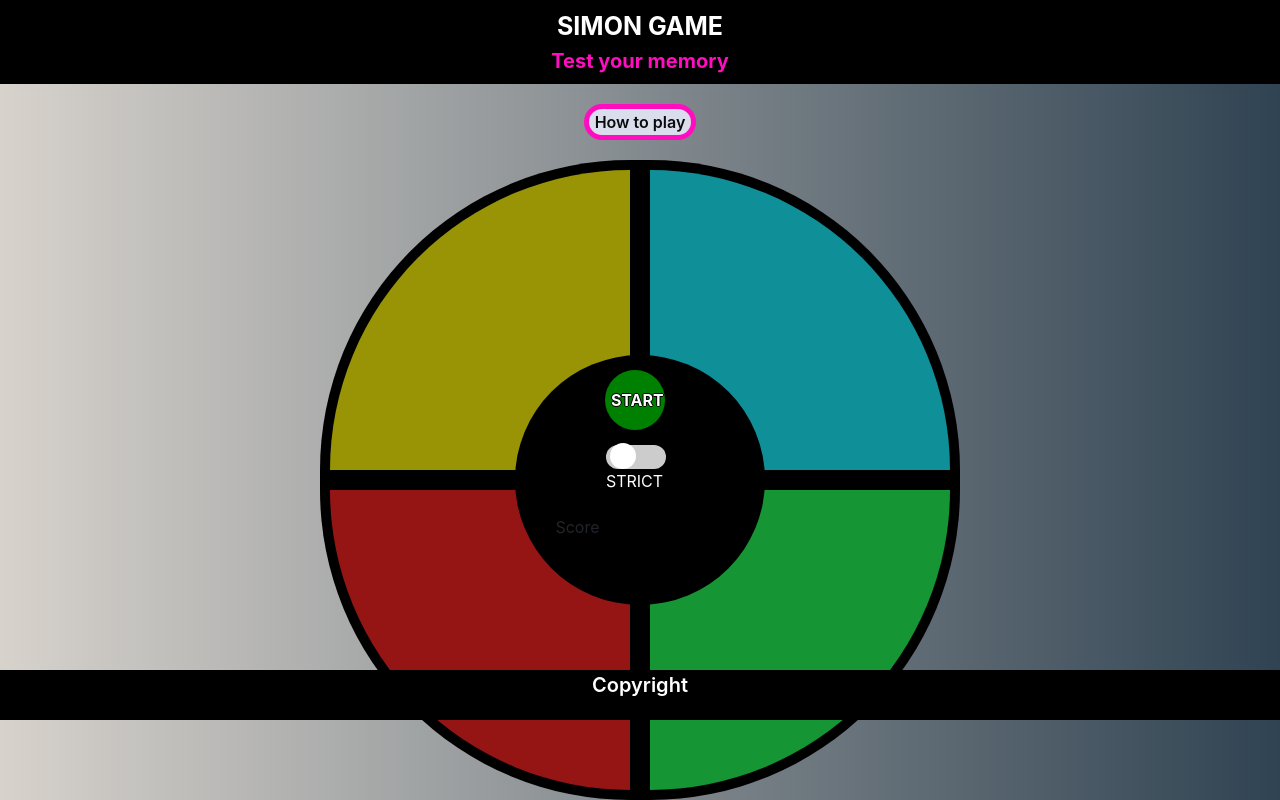
Repository: murphya14/Simon-game
Page: index.html
The author's editor kept a record of every edit. The page is drawn from the files as they stood at one moment, then again after the next edit.
The browser window is 1280 px wide. The pictures show the whole page.

Above is the page before.

After the next edit:
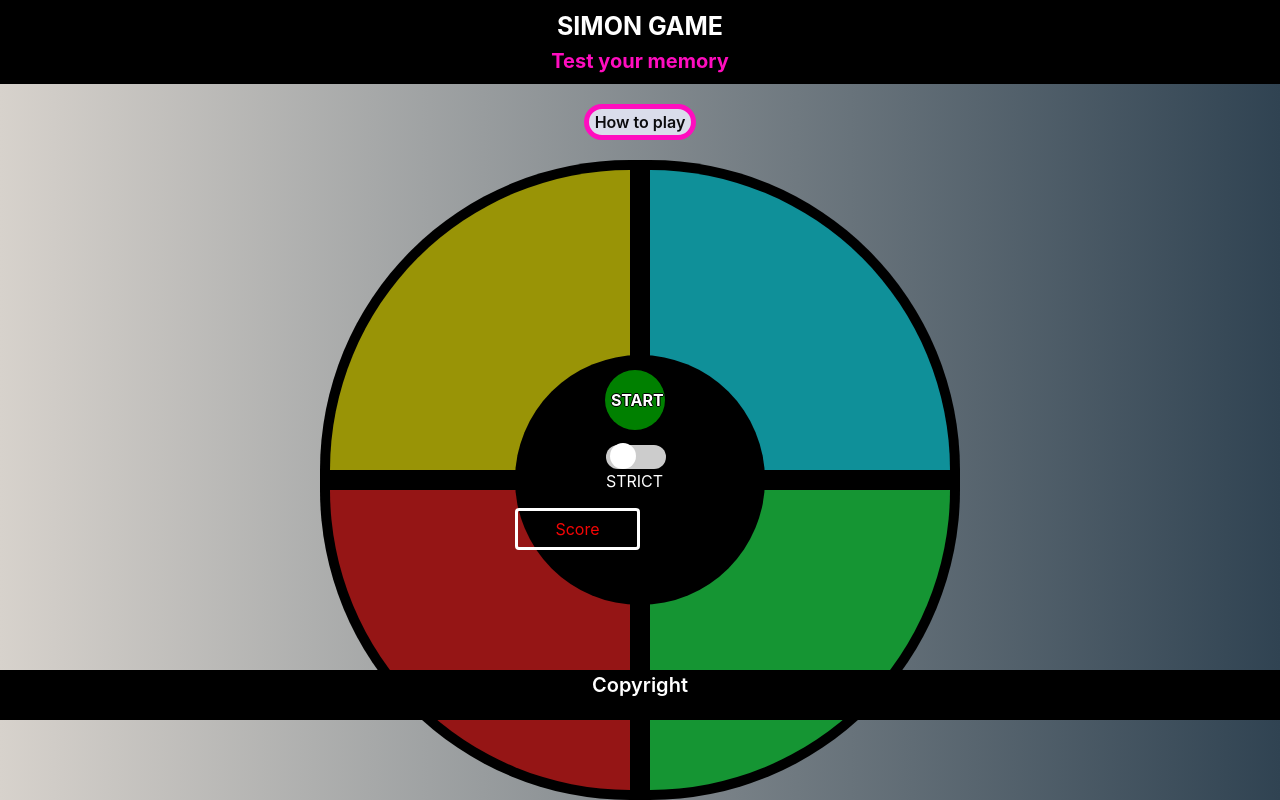
The edit:
--- a/assets/css/style.css
+++ b/assets/css/style.css
@@ -218,6 +218,8 @@ background-image: linear-gradient(to right, #d7d2cc 0%, #304352 100%);
   float: left;
   text-align: center;
   margin:0;
+  color:#F50505;
+  border: solid white;
 
 }
 
